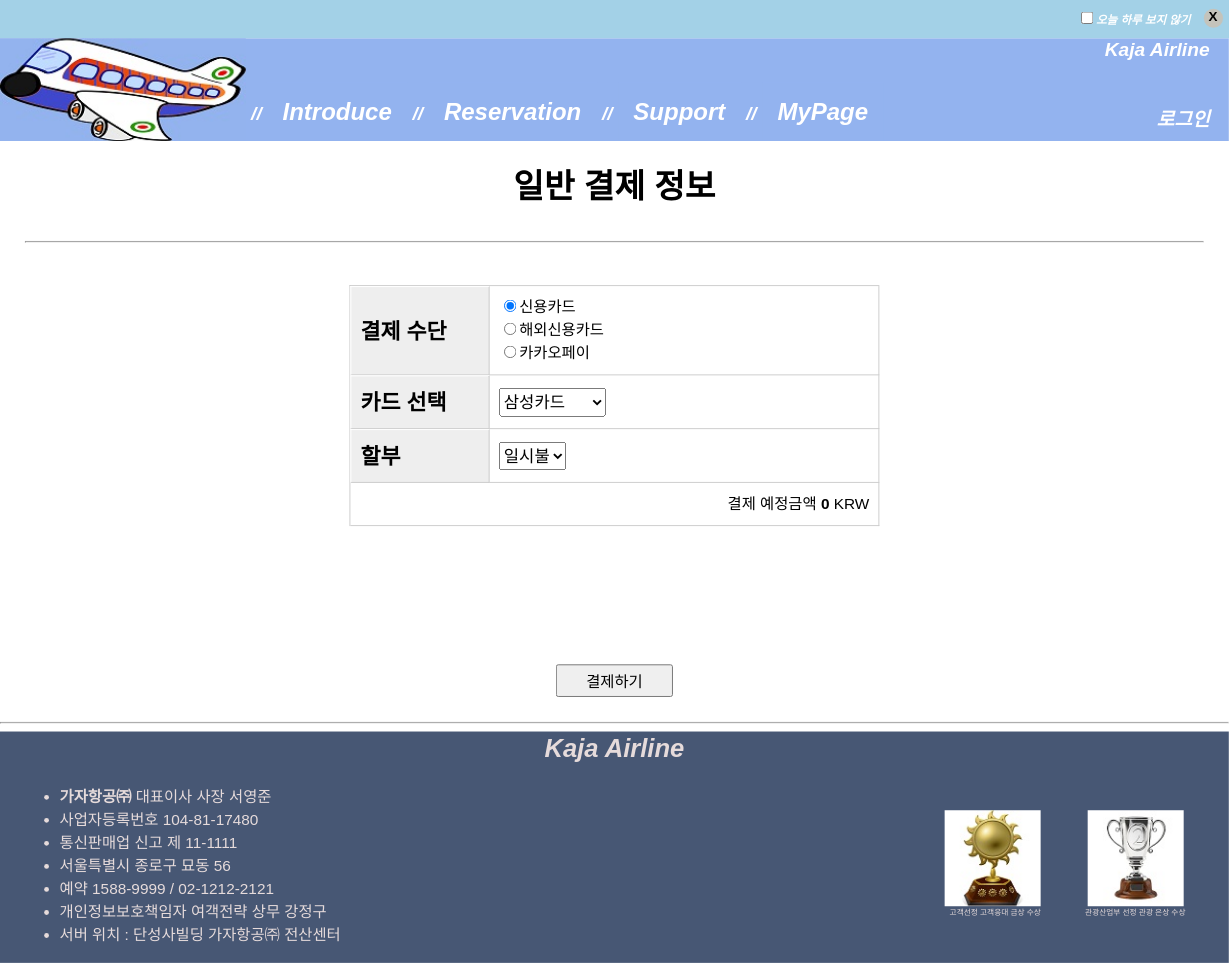
Repository: geekhaam/kaja_airline
Page: http://localhost/KajaAirline/reservation/reservation_payment.jsp
These files come from the project's save history. The page is drawn as it stood at one moment and after a run of saves; the edit follows.
The browser window is 1280 px wide. The pictures show the whole page, at 96% of full size.
The page is served by Tomcat 9. Other server files are loaded and not shown. Queries for data that is not in the repository find no rows.

Above is the page before, as saved 2020-07-17 10:22:10.
Console error: ReferenceError: showSlides is not defined

### workspace/KajaAirline/WebContent/reservation/reservation_payment.jsp
<%@ page language="java" contentType="text/html; charset=EUC-KR"
    pageEncoding="EUC-KR"%>
<%@ taglib prefix="c" uri="http://java.sun.com/jsp/jstl/core" %>
<!DOCTYPE html>
<html>
<head>
<meta charset="EUC-KR">
<title>결제 페이지</title>
<script src="./js/jquery-3.3.1.js"></script>
<style>
html, body {
   padding: 0px;
   border: 0px;
   margin: 0;
}

header {
   width : 100%;
   padding: 0px;
   top : 0;
   position: fixed;
   background-color : white;
   height: auto;
   z-index: 90;
}

section{
   margin: 2%;
    margin-top: 13%;
}

footer {
   position : relative;
   width: 100%;
   height: 20%;
   z-index: 100;
}

.title {
	text-align: center;
	margin: 35px;
	font-size: 26pt;
}

.table {
	width: 45%;
	border-spacing: 0;
	text-align: left;
	line-height: 1.5;
	border-top: 1px solid #ccc;
	border-left: 1px solid #ccc;
	margin: auto;
}

.th {
	width: 25%;
	font-size: 17pt;
	padding: 10px;
	border-right: 1px solid #ccc;
	border-bottom: 1px solid #ccc;
	border-top: 1px solid #fff;
	border-left: 1px solid #fff;
	background: #eee;
}

.td {
	width: 70%;
	padding: 10px;
	border-right: 1px solid #ccc;
	border-bottom: 1px solid #ccc;
}

.option {
	height: 30px;
	font-size: 13pt;
}

.button {
	font-size: 14pt;
}
</style>
<script type="text/javascript">
showSlides();
</script>
</head>
<body>

	<header>
		<jsp:include page="./header.jsp" />
	</header>

	<section id="sectionId">
	<h1 class="title">일반 결제 정보</h1>

	<hr><br><br>

	<form action="paymentComplete.rsv" method="post">
	<table class="table">
		<tr>
			<th class="th">결제 수단</th>
			<td class="td">
				<input type="radio" name="paymentMethod" value="creditCard" checked="checked">신용카드 <br>
				<input type="radio" name="paymentMethod" value="overseas">해외신용카드 <br>
				<input type="radio" name="paymentMethod" value="kakao">카카오페이
			</td>
		</tr>
		<tr>
			<th class="th">카드 선택</th>
			<td class="td">
				<select class="option" id="card" name="card" >
					<option value="samsung">삼성카드
					<option value="shinhan">신한카드
					<option value="hyundai">현대카드
					<option value="kb">KB국민카드
					<option value="nh">NH농협카드
				</select>
			</td>
		</tr>
		<tr>
			<th class="th">할부</th>
			<td class="td">
				<select class="option" name="monthly">
					<option value="one">일시불
					<option value="two">2개월
					<option value="three">3개월
				</select>
			</td>
		</tr>
		<c:choose>
			<c:when test="${rPId2 eq ''}">
				<tr>
					<td align="right" class="td" colspan="2">결제 예정금액 <b>${price}</b> KRW</td>
				</tr>
			</c:when>
			<c:otherwise>
				<tr>
					<td align="right" class="td" colspan="2">결제 예정금액 <b>${price + price2}</b> KRW</td>
				</tr>
			</c:otherwise>
		</c:choose>
	</table>
	<br>

	<input type="hidden" name="rId" value="${sessionScope.id}" readonly> <br>
	<input type="hidden" name="rPId" value="${rPId}" readonly> <br>
	<input type="hidden" name="rDTime" value="${rDTime}" readonly> <br>
	<input type="hidden" name="rDeparture" value="${rDeparture}" readonly> <br>
	<input type="hidden" name="rATime" value="${rATime}" readonly> <br>
	<input type="hidden" name="rArrive" value="${rArrive}" readonly> <br>
	<input type="hidden" name="rSeat" value="${rSeat}" readonly><br>

	<c:if test="${rPId2 ne null}">
		<input type="hidden" name="rPId2" value="${rPId2}" readonly> <br>
		<input type="hidden" name="rDTime2" value="${rDTime2}" readonly> <br>
		<input type="hidden" name="rDeparture2" value="${rDeparture2}" readonly> <br>
		<input type="hidden" name="rATime2" value="${rATime2}" readonly> <br>
		<input type="hidden" name="rArrive2" value="${rArrive2}" readonly> <br>
		<input type="hidden" name="rSeat2" value="${rSeat2}" readonly><br>
	</c:if>

	<div align="center">
		<input class="button" type="submit" value="결제하기">
	</div>
	</form>
	</section>

	<footer>
	<jsp:include page="./footer.jsp" />
	</footer>

</body>
</html>

### workspace/KajaAirline/WebContent/reservation/header.jsp
<%@page import="java.io.Console"%>
<%@ page language="java" contentType="text/html; charset=EUC-KR"
    pageEncoding="EUC-KR"%>
<!DOCTYPE html>
<html>
<head>
<meta charset="EUC-KR">
<title>Insert title here</title>
<style type="text/css">
html, body {
	padding: 0px;
	border: 0px;
	margin: 0px;
}

@import url(http://fonts.googleapis.com/earlyaccess/notosanskr.css);

	body {
		font-family: 'Noto Sans KR', sans-serif;
	}

	input {
		font-family: 'Noto Sans KR', sans-serif;
		font-size: initial;
	}

header {
	width : 100%;
	padding: 0px;
	top : 0;
	position: fixed;
	background-color : white;
	height: auto;
	z-index: 90;
}

section{
	min-height:450px;
	margin: 2%;
    margin-top: 13%;
}


footer {
	position : relative;
	width: 100%;
	height: 20%;
	z-index: 90;
}
.menuBar {
	border: 0;
	padding: 0;
	margin: 0;
	height: 10%;
	width: 100%;
	background-color: #93b3ef;
	color: white;
	align-self: center;
	font-size: 20px;
	font-weight: bold;
	font-style: italic;
	position: relative;
	display: inline-block;
}

/* Slideshow container */
.slideshow-container {
 	width: 77%;
    height: auto;
    position: relative;

    z-index: 50;
}

.imgSlides {display: none; position: relative; left: 0;}
img {vertical-align: middle;}


/* 헤더 공지사항 관련 */
.notice-container {
	width: 100%;
	height: 30px;
	background-color: #a3d1e7;
	color: white;
	font-weight: bold;
	font-size: 20px;
	padding: 5px;
	/* cookie */
	display: block;
}

.noticeSlides {
	display: none;
	position: relative;
}

.cook {
	position: absolute;
	right: 40px;
	text-align: right;
	font-size: 12px;
	font-style: italic;
	top: 6%;
}

.cookDot {
	right: 0.5%;
	top: 6%;
	position: absolute;
	height: 20px;
	width: 20px;
	border-radius: 50%;
	background-color: #c4c3bb;
	color: black;
	font-size: 14px;
	text-align: center;
	display: inline-block;
	z-index: 100;
}

/* header menu & drop */
.dropbtn {
	background-color: #93b3ef;
	color: white;
	padding: 16px;
	font-size: 25px;
	border: none;
	display: inline-block;
}

.dropdown-content {
	display: none;
	position: absolute;
	background-color: #f1f1f1;
	min-width: 160px;
	box-shadow: 0px 8px 16px 0px rgba(0, 0, 0, 0.2);
	z-index: 99;
	text-align: left;
	font-size: 14pt;
}

.dropdown-content a {
	color: #6e6b58;
	padding: 12px 16px;
	text-decoration: none;
	display: block;
	left: inherit;
}
/* css 가상가상클래스 hover Element위에 마우스가 올라올때를 말함 */
.dropdown-content a:hover {
	background-color: #ddd;
}

.dropdown {
	font-size: 15pt;
	vertical-align: bottom;
	display: inline-block;
}
.dropbtn:hover  .dropbtn{
	background-color: #232326;
}
.dropbtn:hover  .dropdown-content {
	display: block;
}
.dropbtnAdmin:hover  .dropdown-content {
	display: block;
}

.login {
	position: absolute;
	margin: auto auto;
	width: 33%;
	height: 480px;
	left: 30%;
	top: 90%;
	font-size: 25pt;
	font-weight: bold;
	text-align: center;
	background-color: #dfe4e8;
	z-index: 100;
	display: none;
}

.loginInput {
	width: 40%;
	height: 100%;
	text-align: left;
	padding: 3px;
	border: 1px solid;
	font-size: 20pt;
	margin-top: 15px;
	margin-bottom: 15px;
}

.loginButton {
	width: 23%;
	height: 10%;
	text-align: center;
	padding: 3px;
	border: 0.5pxs;
	font-size: 20pt;
	margin-bottom: 1%;
}
/* Caption text */
.text {
  /* color: #000000; */
  font-size: 15px;
  padding: 8px 12px;
  position: absolute;
  bottom: 80px;
  width: 100%;
  text-align: center;
}
/* Fading animation */
.fade {
  -webkit-animation-name: fade;
  -webkit-animation-duration: 1.8s;
  animation-name: fade;
  animation-duration: 1.8s;
}

@-webkit-keyframes fade {
  from {opacity: .1}
  to {opacity: 1}
}
@keyframes fade {
  from {opacity: .1}
  to {opacity: 1}
}
/* 유진씨 버튼 */
.button {
	font-size: 12pt;
	padding : 3px;
	width: 10%;
}
.buttonUpdate {
	font-size: 13pt;
	padding : 8px;
	width: 10%;
}

/* On smaller screens, decrease text size */
@media only screen and (max-width: 300px) {
  .text {font-size: 11px}
}
</style>

</head>
<body>
	<%@ page import="com.kaja_air.index.DAO.KajaDAO" %>
	<%request.setCharacterEncoding("EUC-KR");
	response.setCharacterEncoding("EUC-KR");
	KajaDAO da=new KajaDAO();
	String[] result=new String[3];
	result=da.getNoticeHeader();

	%>
	<!-- 공지사항부분  쿠키 사용하여 하루창안보기등...셋팅해야됨. 체크박스도-->
	<div class="notice-container">
		<table style="width: 100%">
			<tr>
				<td style="width: 70%;">
					<div class="noticeSlides fade">
						<%=result[0] %> <a href="../AdminNotice.jsp"
							style="font-size: 12px; text-decoration: none; color: white;">>>자세히
							보기</a>
					</div>
					<div class="noticeSlides fade">
						<%=result[1] %> <a href="../AdminNotice.jsp"
							style="font-size: 12px; text-decoration: none; color: white;">>>자세히
							보기</a>
					</div>
					<div class="noticeSlides fade">
						<%=result[2] %> <a href="../AdminNotice.jsp"
							style="font-size: 12px; text-decoration: none; color: white;">>>자세히
							보기</a>
					</div>
				</td>
				<td style="width: 30%;"><span class="cook"> <input
						type="checkbox" name="cook">오늘 하루 보지 않기
				</span> <a href="javascript:void(0)" onclick="setCookie()"><span
						class="cookDot">X</span></a></td>
		</table>
	</div>

	<div class="login">
		<!-- login 창 부분 -->
		<div style="text-align: right; width: 100%; height: 5%;">
			<a style="text-decoration: none; font-size: 15pt; color: black;"
				href="javascript:void(0)" onclick="popupLogin2()">x&nbsp;</a>
		</div>
		<hr>
		<table style="width: 100%;">
			<tr>
				<td style="font-size: 35pt;">로그인
					<hr>
				</td>
			</tr>
			<tr>
				<td><input type="text" class="loginInput" id="clientId"
					value="아이디 입력" onfocus="this.select()"></td>
			</tr>
			<tr>
				<td><input type="text" class="loginInput" id="clientPw"
					value="비밀번호 입력" onfocus="changePw(this.id)"></td>
			</tr>
		</table>
		<!-- <div
			style="left: 30%; position: relative; text-align: left; width: 40%; font-weight: lighter;">
			<input type="checkbox" name="confirmPw"><span
				style="font-size: 10pt;">비밀번호 확인하기</span> -->
			<hr>
		<!-- </div> -->

		<input type="button" class="loginButton" value="로 그 인"
			onclick="login()"> <input type="button" class="loginButton"
			value="회원가입" onclick="location.replace('../Signup.jsp')">
		<hr>
	</div>

	<!--로고와 사이트명 메뉴 바/로그인 아웃 -->
	<div class="menuBar">
		<a href="../index.jsp"> <img src="./imgs/mainIcon4.jpg"
			style="width: 20%;"></a>
		<!-- 드랍메뉴들의 주 메뉴들 -->

		<div class="dropdown">
			//
			<div class="dropbtn">
				Introduce
				<div class="dropdown-content">
					<a href="../introduce.jsp">회사 이력</a> <a href="../location.jsp">찾아 오시는 길</a>
				</div>
			</div>
			//
			<div class="dropbtn">
				Reservation
				<div class="dropdown-content">
					<a href="reservation_main.rsv">예매 하기</a>
				</div>
			</div>
			//
			<div class="dropbtn">
				Support
				<div class="dropdown-content">
					<a href="../AdminNotice.jsp">공지 사항</a>
					<a href="javascript:void(0)" onclick="mypage(3)">1:1 문의 하기</a>
					<a href="../AllFAQ.jsp">FAQ</a>
				</div>
			</div>
			//
			<div class="dropbtn">
				MyPage
				<div class="dropdown-content">
					<a href="javascript:void(0)" onclick="mypage(1)">정보 수정</a>
					<a href="javascript:void(0)" onclick="mypage(2)">나의 예매/취소 내역</a>
				</div>
			</div>
			<div style="display: none;" id="admin">
			//
				<div class="dropbtn">
				Admin
				<div class="dropdown-content">
					<a href="../getAllSchedule.jsp">스케쥴 관리</a> <a href="../AdminNotice.jsp">공지사항 작성</a>
					<a href="#">1:1문의 답변</a>
				</div>
			</div>
			//
			</div>
		</div>

		<a href="../index.jsp"
			style="text-decoration: none; position: absolute; right: 20px; color: white;">
			<span style="color: white;">Kaja Airline</span><br>
		</a>
		<a href="javascript:void(0)" onclick="popupLogin()" id="login"
			style="position: absolute; right: 20px; bottom: 10px; text-decoration: none; color: white;">
		로그인</a>
		<span id="logout" style="position: absolute; right: 20px; bottom: 10px;display: none;">
		<span style="font-style: italic;font-size: 12px;color: 586693;">
			<%=session.getAttribute("id") %>님 환영합니다.:D<br>
		</span>
		 <a href="javascript:void(0)" onclick="logout()"
			style="text-decoration: none; color: white; ">
		로그아웃</a>
		</span>
	</div>
	<script src="./js/jquery-3.1.1.js"></script>
	<script type="text/javascript">
	var slideIndex = 0;
	var noticeIndex =0;



	function showSlides() {
		/* css로 선언된 클래스 명에 대한 element를 가져와서 컨트롤 해줌.
		img 슬라이드쇼 부분 헤더의 공지사항 슬라이드부분까지도 함꼐 구현*/
		var i;
		var slides = document.getElementsByClassName("imgSlides");
		var dots = document.getElementsByClassName("dot");
		if(slides.length!=0){
			for (i = 0; i < slides.length; i++) {
				slides[i].style.display = "none";
			}
			slideIndex++;
			if (slideIndex > slides.length) {
				slideIndex = 1
			}
			if(dots.length!=0){
				for (i = 0; i < dots.length; i++) {
					dots[i].className = dots[i].className.replace(" active", "");
				}
				dots[slideIndex - 1].className += " active";

			}
			slides[slideIndex - 1].style.display = "block";

		}
		/* notice */
		var notices = document.getElementsByClassName("noticeSlides");
		for (i = 0; i < notices.length; i++) {
			notices[i].style.display = "none";
		}
		noticeIndex++;
		if (noticeIndex > notices.length) {
			noticeIndex = 1
		}
		notices[noticeIndex - 1].style.display = "block";
		setTimeout(showSlides, 3000); // 3초마다 다시 호출해서 계속 바뀌는 구성
		checkCookie();
	}


	function checkCookie(){
		/* 쿠키가 있는지 확인후  section 높이조절 및 공지안보이게 */
		var sectionId=document.getElementById("sectionId");
		var dis=document.getElementsByClassName("notice-container");
		/* var hMenu=document.getElementsByClassName("menu"); */
		if(document.cookie=="kajaAirline=done"){
			var sectionId=document.getElementById("sectionId");
			sectionId.style.marginTop="11%";
			dis[0].style.display="none";
			/* hMenu[0].style.top="19.1%"; */
		}else{
			sectionId.style.marginTop="13%";
		}
		/*onload가 하나만 돌아가므로 여기서 로그인 로그아웃 보이는 부분까지 처리  */
		if("<%=(String)session.getAttribute("id")%>"!="null"){
			/* 로그인이 되있는 상태면 */


			var login=document.getElementById("login");
			var logout=document.getElementById("logout");

			login.style.display="none";
			logout.style.display="block";

			if("<%=(String)session.getAttribute("id")%>"=="admin"){
				var adminMenu=document.getElementById("admin");

				if(adminMenu.style.display=="none")
					adminMenu.style.display="inline-block";
			}
		}
		/* 이 헤더 onload후 돌아갈 include 해준 jsp의 onload function call */


	}


	function setCookie() {
		/*공지사항 부분 x표시를 누를때 콜되는 함수 체크 박스체크 여부까지 확인후 쿠키셋팅  */
		var chk=document.getElementsByName("cook");
		var hMenu=document.getElementsByClassName("menu");
		if(chk[0].checked){
			var todayDate = new Date();
		    todayDate.setDate(todayDate.getDate() + 1);
		    document.cookie = "kajaAirline=done; path=/; expires=" + todayDate.toGMTString() + ";"
		}
	    var dis=document.getElementsByClassName("notice-container");
	    var sectionId=document.getElementById("sectionId");
	    dis[0].style.display="none";
	    sectionId.style.marginTop="11%";
	    hMenu[0].style.top="19.1%";

	}
	/* 로그인 체크 함수/회원가입 가는 함수*/

	function popupLogin2(){
		//하나로 통합되었다가..오류로 인해서 나눠짐. 로그인 박스 안의 x 표 클릭시 실행
		var popup = document.getElementsByClassName("login");
		var header = document.getElementsByTagName("header");
		var nav = document.getElementsByTagName("nav");
		var section = document.getElementsByTagName("section");
		var footer = document.getElementsByTagName("footer");
		popup[0].style.display = "none";
		nav[0].style.opacity = "1";
		section[0].style.opacity = "1";
		footer[0].style.opacity = "1";
	}

	function popupLogin(){
	/* 로그인 버튼시 팝업모양으로 로그인창이 보여짐. */
	/* 로그인 후의 다시 열릴때도 불려지므로 조건문으로 경우들 처리*/


			//로그인이 안되어서 id가 없다 페이지 열릴때마다 체크하니....
			var popup = document.getElementsByClassName("login");
			var header = document.getElementsByTagName("header");
			var nav = document.getElementsByTagName("nav");
			var section = document.getElementsByTagName("section");
			var footer = document.getElementsByTagName("footer");

			if (popup[0].style.display == "none" || "<%=(String)session.getAttribute("result")%>"=="id"
					|| "<%=(String)session.getAttribute("result")%>"=="pw" || popup[0].style.display == "") {
				popup[0].style.display = "block";
				/* nav[0].style.opacity = "0.3"; */
				section[0].style.opacity = "0.3";
				footer[0].style.opacity = "0.3";
				popup[0].style.opacity = "1";
			} else{
				popup[0].style.display = "none";
				/* nav[0].style.opacity = "1";  */
				section[0].style.opacity = "1";
				footer[0].style.opacity = "1";
			}

	}

	function login() {
		/* 회원체크 */
		$.ajax({
			types: "post",
			url : "checkLogin.indexdo",
			data : {
				id : $("#clientId").val(),
				pw : $("#clientPw").val()
			},
			dataType : "text",
			success : function(re) {
				alert(re);
				if(location.href=="http://localhost:8081/KajaAirline/Signup.jsp")
					location.href="../index.jsp";
				else
					location.reload();
			},
			error: function(re){
				alert("에러발생!")
			}
		});
	}

	function logout(){
		/* 세션을 여기서 자바코드로 지우면 실행 순서로 인해서 바로 삭제되서 로그아웃 함수를 만듬 */
		$.ajax({
			types: "post",
			url : "checkLogin.indexdo",
			dataType : "text",
			success : function(re) {
				location.replace("../index.jsp");
			},
			error: function(re){
				alert("에러발생!")
			}
		});
	}

	function changePw(x){
		document.getElementById(x).type="password";
		document.getElementById(x).value="";
	}

	function mypage(num){
		if("<%=session.getAttribute("id")%>"!="null"){
			if(num==1)
				location.href="selectClients.mypage";
			else if(num==2)
				location.href="reservation.mypage";
			else if(num==3)
				location.href="../write_Inquire.jsp";

		}else{
			alert("로그인을 먼저 해주세요~!");
		}

	}
	</script>
</body>
</html>

### workspace/KajaAirline/WebContent/reservation/footer.jsp
<%@ page language="java" contentType="text/html; charset=EUC-KR"
    pageEncoding="EUC-KR"%>
<!DOCTYPE html>
<html>
<head>
<meta charset="EUC-KR">
<title>Insert title here</title>
<style type="text/css">
	.table_imsi{
		width: 100%;
		margin-left: auto;
		margin-right: auto;
		background-color: #475774;
		color: #e6dbdb;
	}
</style>
</head>
<body>
	<%request.setCharacterEncoding("EUC-KR");
	response.setCharacterEncoding("EUC-KR");%>
	<hr>

	<table class="table_imsi">
	<tr><td colspan="3" align="center"><strong style="font-style: italic;font-size: 20pt;">Kaja Airline</strong></td></tr>
	<tr><td align="left" width="70%" style="padding-left: 20px;">
	<ul>
		<li><strong>가자항공㈜</strong> 대표이사 사장 서영준</li>
		<li>사업자등록번호 104-81-17480</li>
		<li>통신판매업 신고 제 11-1111</li>
		<li>서울특별시 종로구 묘동 56</li>
		<li>예약 1588-9999 / 02-1212-2121</li>
		<li>개인정보보호책임자 여객전략 상무 강정구</li>
		<li>서버 위치 : 단성사빌딩 가자항공㈜ 전산센터</li>
	</ul>
	</td>
	<td width="15%" align="right" style="font-size: 6pt;"><img src="./imgs/award1.jpg"><br>고객선정 고객응대 금상 수상</td>
	<td width="15%" align="center" style="font-size: 6pt;"><img src="./imgs/award2.jpg"><br>관광산업부 선정 관광 은상 수상</td>
	</tr>
	</table>
</body>
</html>

### workspace/KajaAirline/src/com/kaja_air/index/DAO/KajaDAO.java
package com.kaja_air.index.DAO;

import java.sql.Connection;
import java.sql.PreparedStatement;
import java.sql.ResultSet;
import java.sql.SQLException;

import kajaDBConn.KajaDBConn;


public class KajaDAO {
	private Connection con;
	PreparedStatement pstmt=null;
	ResultSet rs=null;

	public KajaDAO()
			throws ClassNotFoundException, SQLException {
		//생성자 : 접속객체참조변수 con을 TelInfoDBConn의 객체를 생성하면서
		//생성자를 콜하여 접속을 하고 return되는 객체con을 찹조하도록 한다.
		con=new KajaDBConn().getConnection();
	}

	//method들
	public String checkLogin(String id,String pw) throws SQLException {
		String result="";
		String sql="select cid,cpw from clients where cid=?";
		pstmt=con.prepareStatement(sql);
		pstmt.setString(1, id);
		rs=pstmt.executeQuery();


		if(rs.next()) {
			if(rs.getString("cpw").equals(pw)) {
				result="member";
			}
			else
				result="pw";
		}
		else
			result="id";
		return result;
	}//checkLogin-end
	public String[] getNoticeHeader() throws SQLException {
		String[] head=new String[3];
		String sql="select ntitle from notice order by ndate desc";
		pstmt=con.prepareStatement(sql);
		rs=pstmt.executeQuery();
		int count=0;
		while(rs.next()) {
			head[count]=rs.getString("ntitle");
			if(count>2)
				break;
			count++;
		}
		return head;
	}
}

### workspace/KajaAirline/src/kajaDBConn/KajaDBConn.java
package kajaDBConn;

import java.sql.Connection;
import java.sql.DriverManager;
import java.sql.SQLException;

public class KajaDBConn {
private Connection con;

	public Connection getConnection() {//사용시 객체.메소드()
		return con;
	}
	//접속 객체가 필요하다면 요 메소드를 호출하면 된다.
	public KajaDBConn()
			throws ClassNotFoundException, SQLException {
		//생성자....
		Class.forName("oracle.jdbc.driver.OracleDriver");
		con=DriverManager.getConnection("jdbc:oracle:thin:@127.0.0.1:"
				+ "1521:xe","hr","hr");
	} // 누군가 객체를 만들면 제일 먼저 가동되는 것이 생성자이다. 즉 이 class의 객체를 생성하면
	//이 생성자에 적힌 드라이버로드와 아이피 포트번호를 입력해 접속객체를 만든다.
}

Loaded but not shown: workspace/KajaAirline/WebContent/reservation/js/jquery-3.1.1.js (library); workspace/KajaAirline/WebContent/reservation_static/jquery/jquery-3.3.1.js (library)

After the next 2 saves:
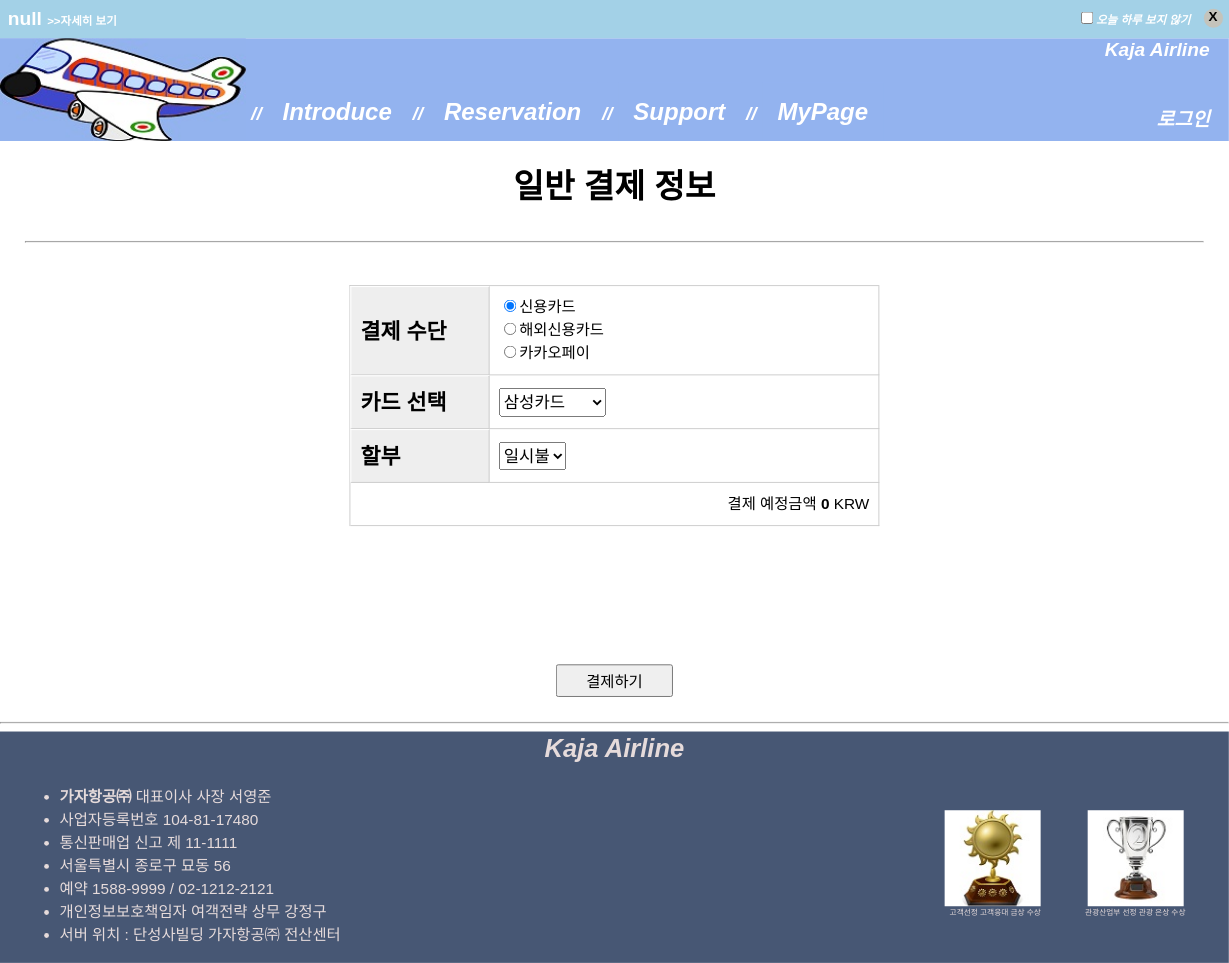
The error is gone.
The 2 saves are shown as one change because they came seconds apart.
The last was saved 44 s later.
--- a/workspace/KajaAirline/WebContent/reservation/reservation_payment.jsp
+++ b/workspace/KajaAirline/WebContent/reservation/reservation_payment.jsp
@@ -80,7 +80,9 @@
 }
 </style>
 <script type="text/javascript">
-showSlides();
+	window.onload = function() {
+		showSlides();
+	}
 </script>
 </head>
 <body>
